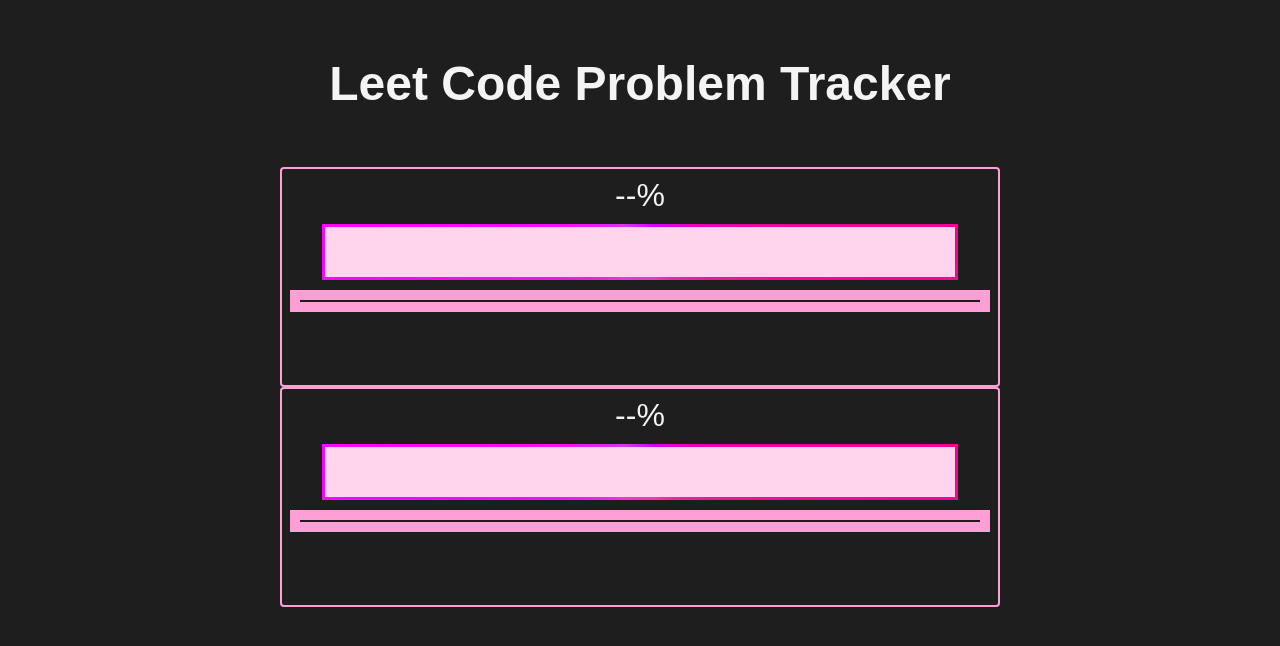
Repository: bbrockbrown/leet-code-tracker
Page: index.html
These files come from the project's save history. The page is drawn as it stood at one moment and after the next save; the edit follows.
The browser window is 1280 px wide. The pictures show the whole page.

Above is the page before, as saved 2024-07-28 17:13:49.

After the next save:
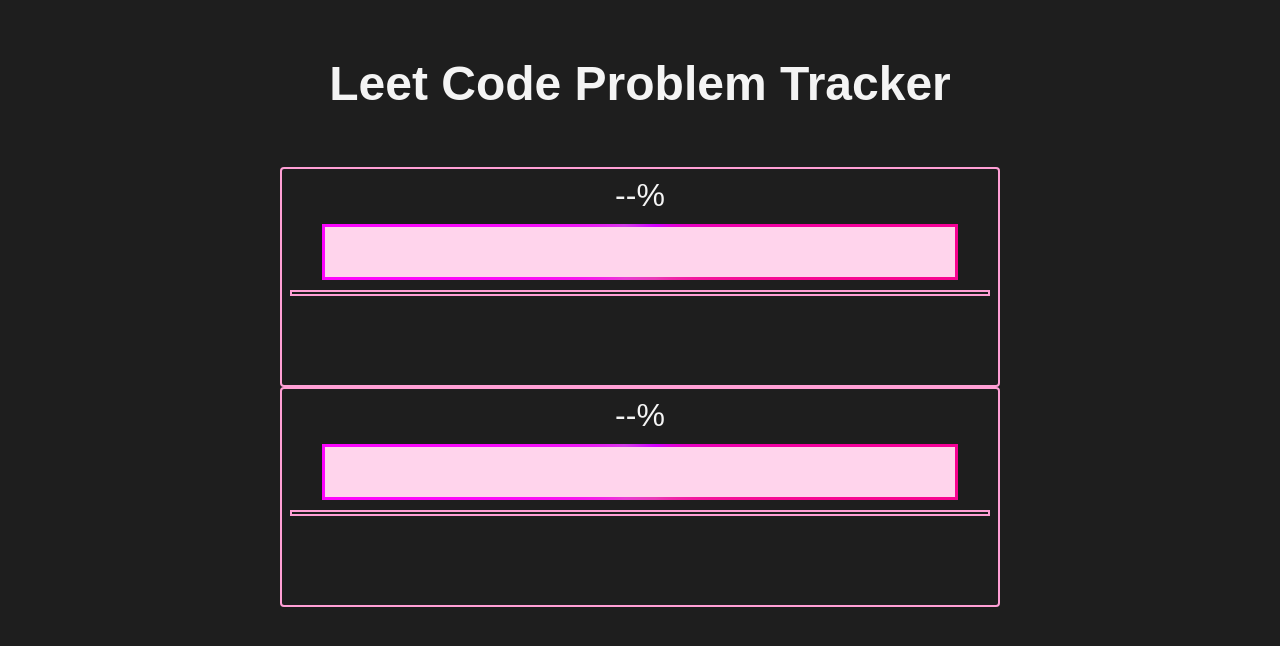
Saved 6 s later.
--- a/styles.css
+++ b/styles.css
@@ -88,7 +88,7 @@ table {
     display: table;
     border-collapse: collapse;
     transition: box-shadow 0.3s ease-in-out;
-    border: 10px solid var(--tracking-border-color);
+    border: 2px solid var(--tracking-border-color);
     border-radius: 10px;
     box-shadow: #1e1e1e;
 }
